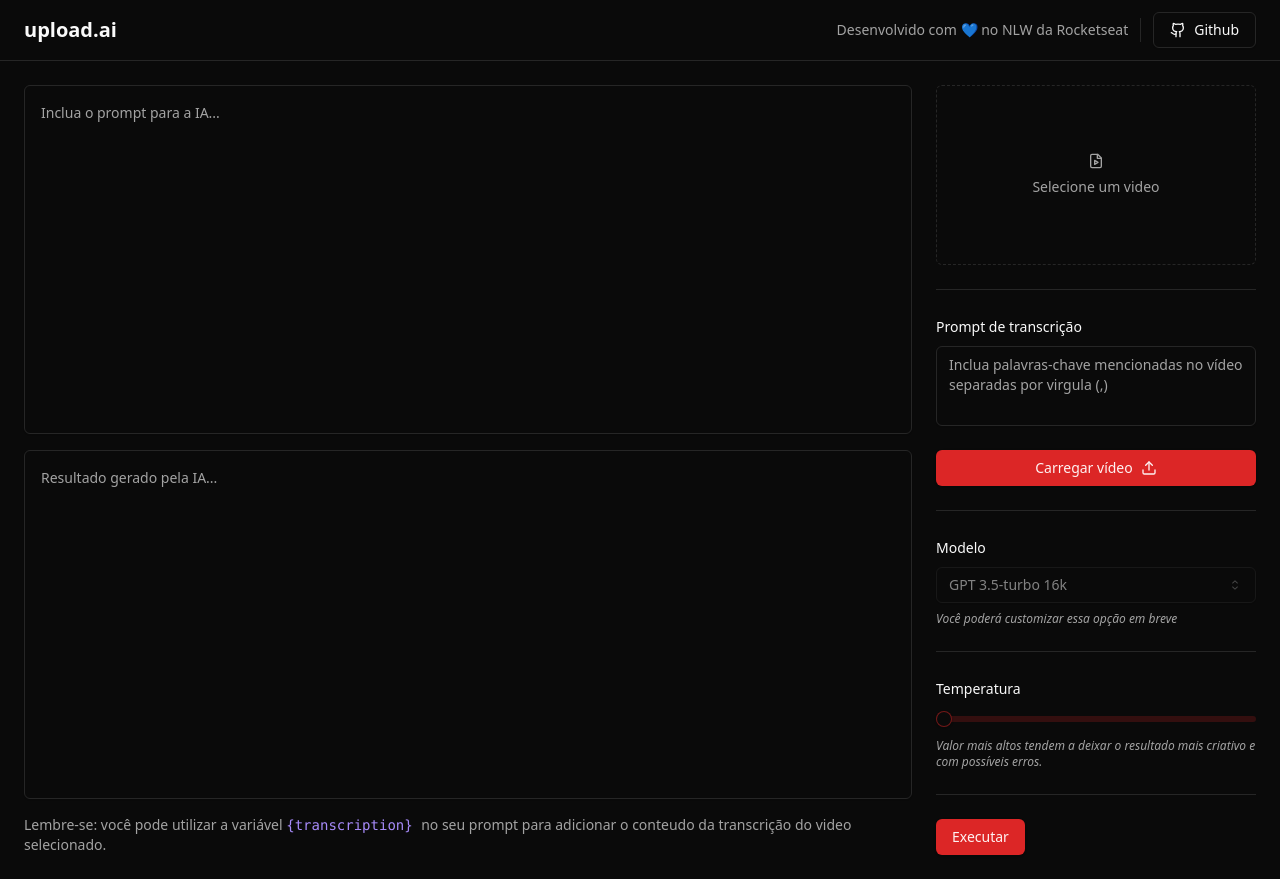
Repository: ricardolimati/upload-ai-web
Page: /
An editor plug-in stored every save of this project. The page is shown before and after a run of saves, followed by the edit.
The browser window is 1280 px wide. The pictures show the whole page.
The project was rebuilt for these pictures with package versions that can differ from the ones it lists, and the page was loaded fresh each time. Also part of the build but not shown: vite.config.ts.

Above is the page before, as saved 2023-09-12 00:28:17.

After the next 2 saves:
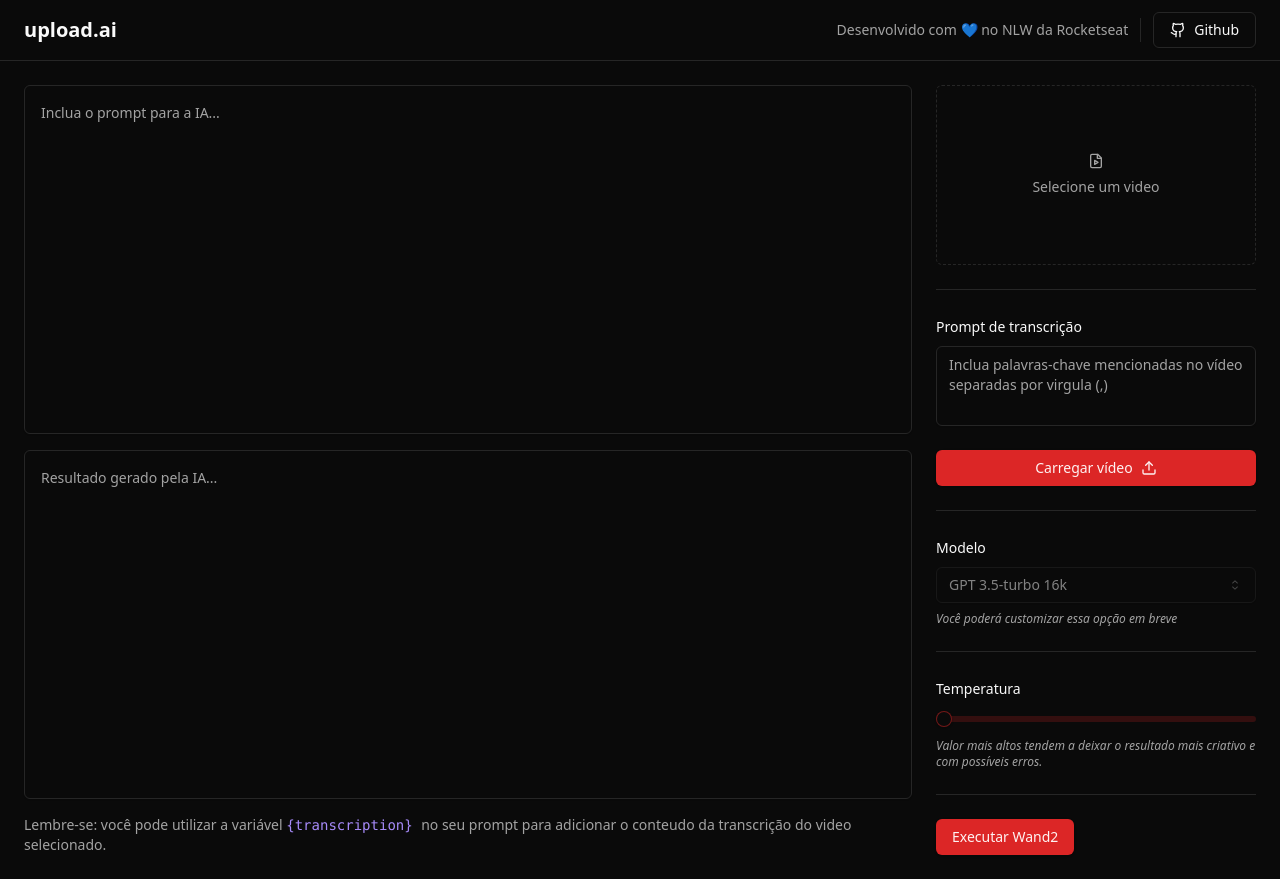
The 2 saves are shown as one change because they came seconds apart.
The last was saved 12 s later.
--- a/src/App.tsx
+++ b/src/App.tsx
@@ -101,6 +101,7 @@ export function App() {
 
           <Button type="submit">
             Executar
+            Wand2
           </Button>
 
         </form>
